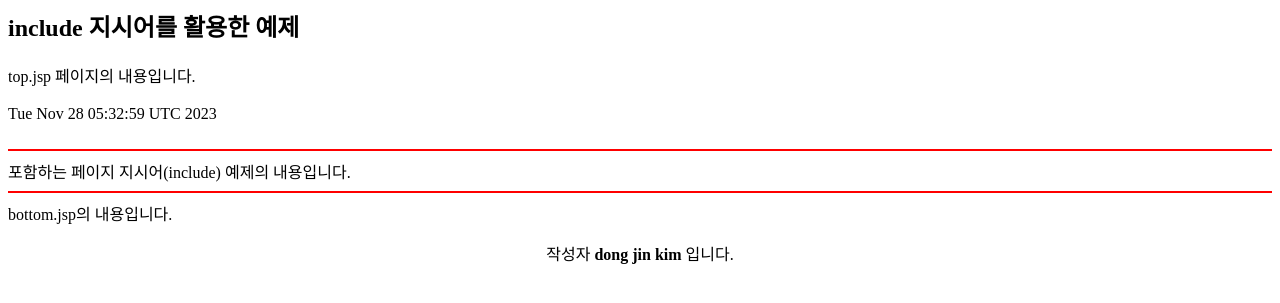
Repository: jinhanP/JSPtest
Page: http://localhost/jsptest/directive/includeex.jsp
An editor plug-in stored every save of this project. The page is shown before and after the next save, followed by the edit.
The browser window is 1280 px wide. The pictures show the whole page.
The page is served by Tomcat 10.

Above is the page before, as saved 2023-11-30 08:16:15.

After the next save:
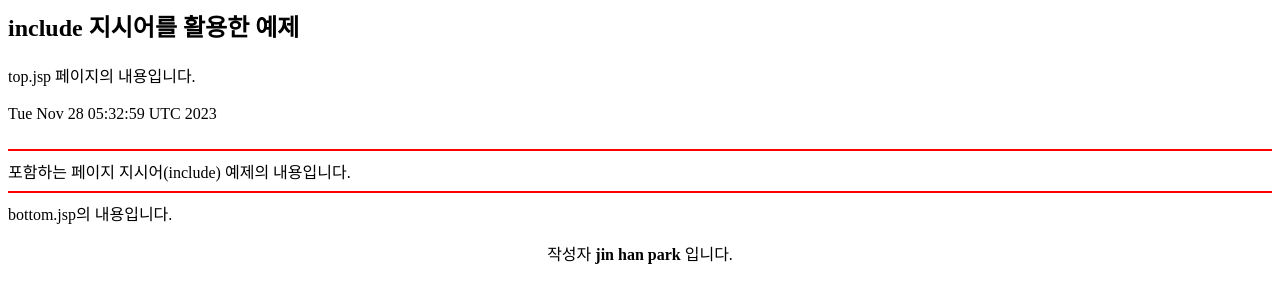
Saved 32 s later.
--- a/jsptest/src/main/webapp/directive/includeex.jsp
+++ b/jsptest/src/main/webapp/directive/includeex.jsp
@@ -2,7 +2,7 @@
     pageEncoding="UTF-8"%>
 <h2>include 지시어를 활용한 예제</h2>
 <%
-    String name = "dong jin kim";
+    String name = "jin han park";
 %>
 <%@ include file="top.jsp"%>
 포함하는 페이지 지시어(include) 예제의 내용입니다.
